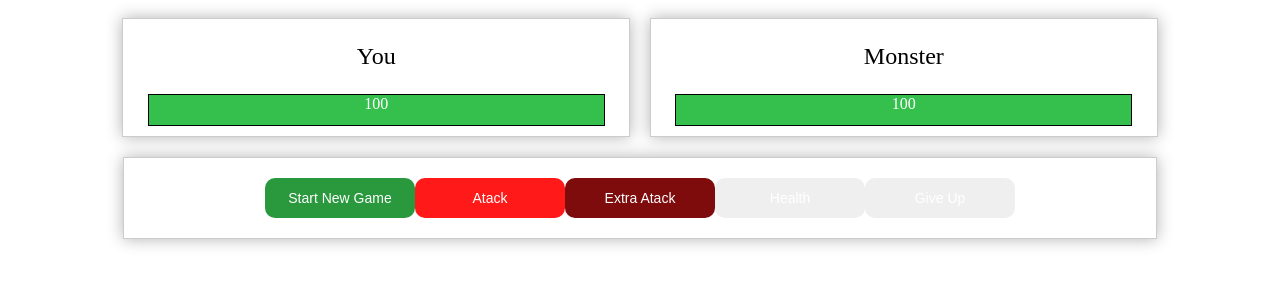
Repository: jakublack/game-fight-vue
Page: /
An editor plug-in stored every save of this project. The page is shown before and after the next save, followed by the edit.
The browser window is 1280 px wide. The pictures show the whole page.
The project was rebuilt for these pictures with package versions that can differ from the ones it lists, and the page was loaded fresh each time.

Above is the page before, as saved 2018-08-08 20:59:16.

### public/index.html
<!DOCTYPE html>
<html lang="en">
  <head>
    <meta charset="utf-8">
    <meta http-equiv="X-UA-Compatible" content="IE=edge">
    <meta name="viewport" content="width=device-width,initial-scale=1.0">
    <link rel="icon" href="<%= BASE_URL %>favicon.ico">
    <title>game-app</title>
  </head>
  <body>
    <noscript>
      <strong>We're sorry but game-app doesn't work properly without JavaScript enabled. Please enable it to continue.</strong>
    </noscript>
    <div id="app"></div>
    <!-- built files will be auto injected -->
  </body>
</html>

### src/components/Game.vue
<template>
  <div class="wrapper--app">
    <div class="wrapper--person">
      <div class="person--player">
        <p>You</p>
        <div class="person--health player--health">{{healthYou}}</div>
      </div>
      <div class="person--player">
        <p>Monster</p>
        <div class="person--health monster--health">{{healthMonster}}</div>
      </div>
    </div>
    <div class="wrapper-action">
      <button class="btn btn-new-game">Start New Game</button>
      <template>
        <button class="btn btn-atack">Atack</button>
        <button class="btn btn-extra-atack">Extra Atack</button>
        <button class="btn btn-health">Health</button>
        <button class="btn btn-give-up">Give Up</button>

      </template>
    </div>


  </div>

</template>

<script>
export default {
  name: 'Game',
  data:  function() {
    return {
      healthYou : 100,
      healthMonster : 100,
      startGame : false,
    }
  }

}
</script>

<!-- Add "scoped" attribute to limit CSS to this component only -->
<style scss scoped>

.wrapper--person {
  text-align: center;
}

.person--player {
  width: 40%;
  display: inline-block;
  margin: 10px;
  text-align: center;
  border: 1px solid #ccc;
  box-shadow: 0px 0px 15px 0px rgba(0,0,0,0.3);
}

.person--player p {
  font-size: 24px;
}

.person--health {
  width: 90%;
  height: 30px;
  margin: 10px auto;
  background-color: #35BF4D;
  border: 1px solid #000;
  color: #fff;
}
.wrapper-action {
  width: calc(80% + 20px);
  height: auto;
  min-height: 80px;
  margin: 10px auto;
  border: 1px solid #ccc;
  box-shadow: 0px 0px 15px 0px rgba(0,0,0,0.3);
  display: flex;
  justify-content: center;
  align-items: center;
}
.btn {
  width: 150px;
  height: 40px;
  border: none;
  cursor: pointer;
  font-size: 14px;
  outline: none;
  color: #fff;
  border-radius: 10px;
}
.btn-new-game {
  background-color: #2A983D;
}
.btn-atack {
  background-color:#FF1919;
}
.btn-extra-atack {
background-color: #7f0c0c;
}




</style>

Loaded but not shown: src/main.js (common file); src/App.vue (common file)

After the next save:
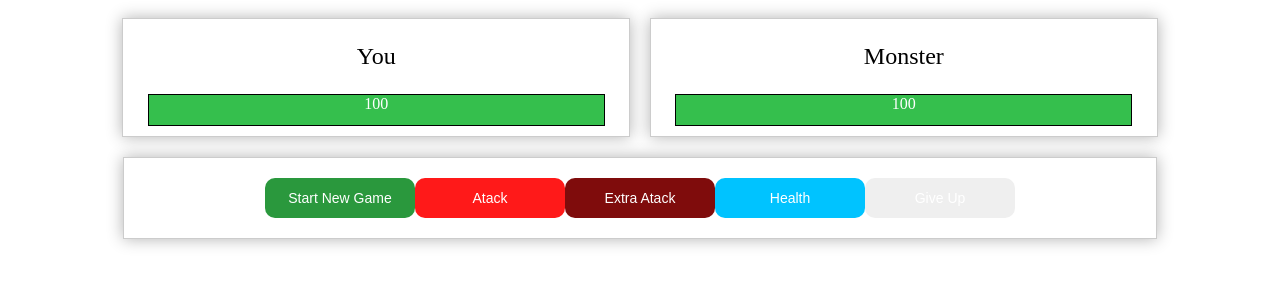
Saved 36 s later.
--- a/src/components/Game.vue
+++ b/src/components/Game.vue
@@ -96,7 +96,10 @@ export default {
   background-color:#FF1919;
 }
 .btn-extra-atack {
-background-color: #7f0c0c;
+  background-color: #7f0c0c;
+}
+.btn-health {
+  background-color: #00C3FF;
 }
 
 
